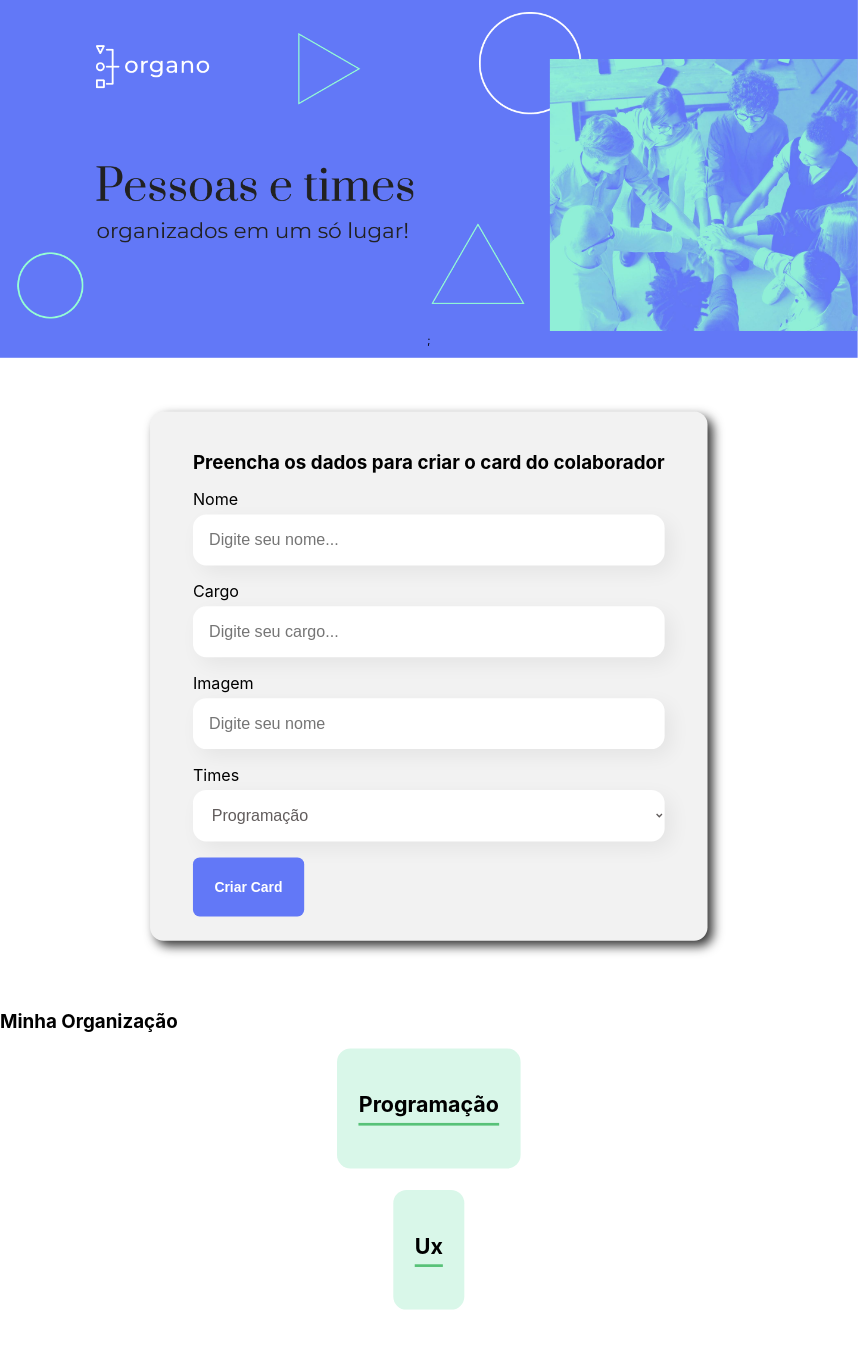
Repository: guilhermecardoso93/organo
Page: /
These files come from the project's save history. The page is drawn as it stood at one moment and after the next save; the edit follows.
The browser window is 1280 px wide. The pictures show the whole page, at 67% of full size.
The project was rebuilt for these pictures with package versions that can differ from the ones it lists, and the page was loaded fresh each time.

Above is the page before, as saved 2024-05-26 19:12:39.

After the next save:
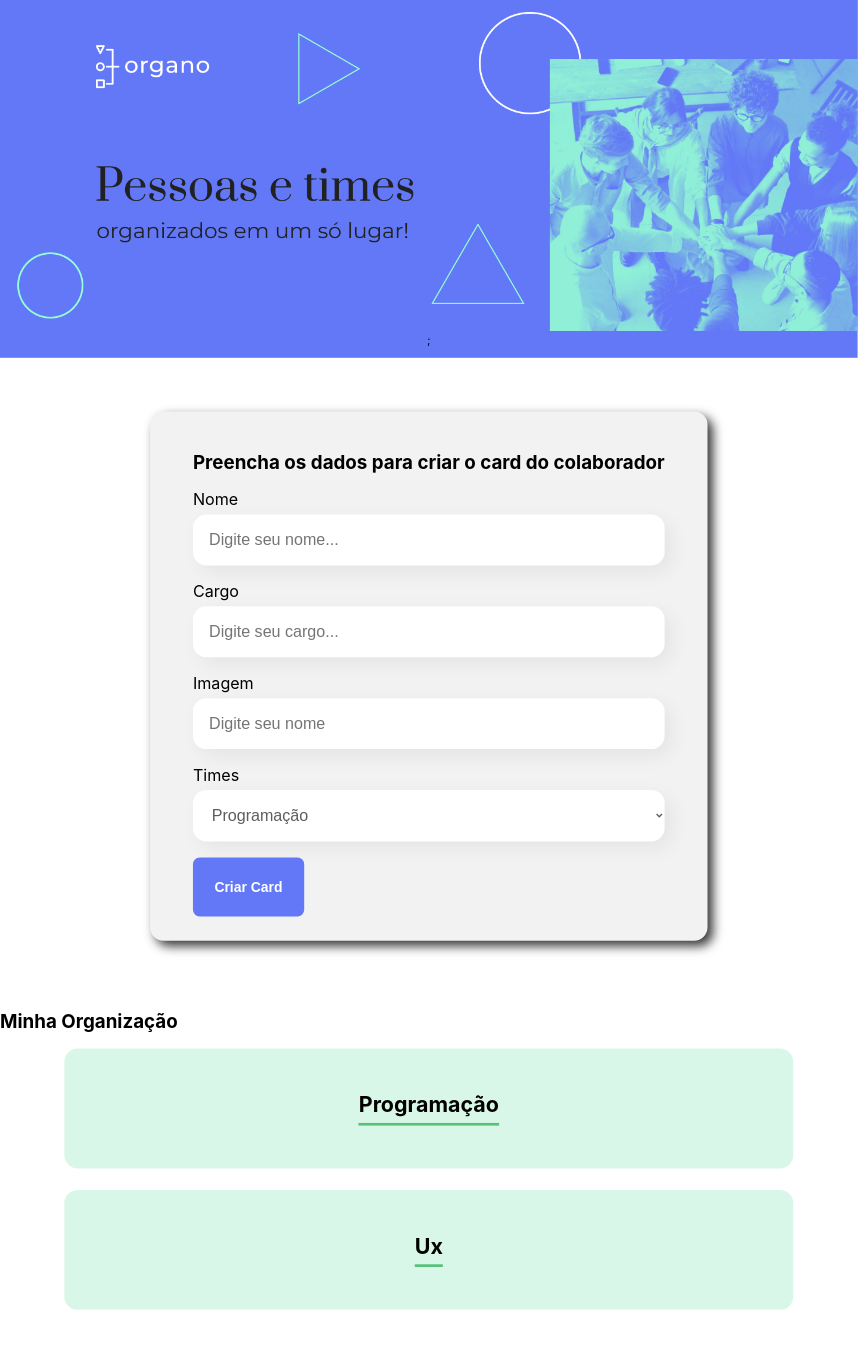
Saved 8 s later.
--- a/src/components/Times/components/Time/styles.css
+++ b/src/components/Times/components/Time/styles.css
@@ -3,7 +3,7 @@
   padding: 32px;
   background-color: #d9f7e9;
   border-radius: 20px;
-  //width: 100%;
+  width: 80%;
 }
 
 .time-container h3 {
